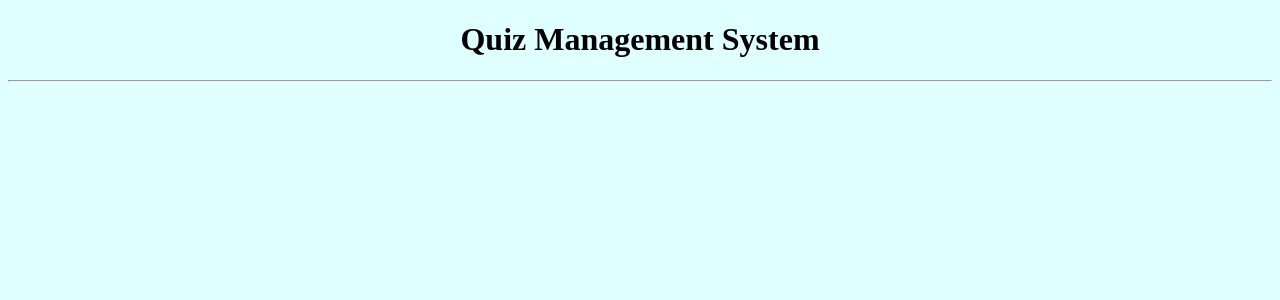
Repository: Rohitsenpai01/Quiz-Manangement-System
Page: http://localhost/WebQuizApp/viewscore.jsp
The author's editor kept a copy of each file at every save. The page is drawn from the files as they stood at one save, then again after the next save.
The browser window is 1280 px wide. The pictures show the whole page.
The page is served by Tomcat 9. Other server files are loaded and not shown. Queries for data that is not in the repository find no rows.

Above is the page before, as saved 2025-12-31 06:22:42.

### WebQuizApp/WebQuizApp/src/main/webapp/viewscore.jsp
<%@ page language="java" contentType="text/html; charset=UTF-8"
    pageEncoding="UTF-8"%>
<%@ taglib prefix="c" uri="http://java.sun.com/jsp/jstl/core" %>
<!DOCTYPE html>
<html>
<head>
<meta charset="UTF-8">
<title>Insert title here</title>
</head>
<body bgcolor="${initParam.theme}">
	<h1 style="text-align: center;">${initParam.appTitle}</h1><hr><br>
	<jsp:useBean id="vr" class="com.app.beans.AttemptQuizBean"/>

</body>
</html>

### WebQuizApp/WebQuizApp/src/main/java/com/app/beans/AttemptQuizBean.java
package com.app.beans;

import java.util.ArrayList;
import java.util.List;

import com.app.daos.AttemptDao;
import com.app.daos.AttemptDaoImp;
import com.app.pojos.Attempts;

public class AttemptQuizBean {
	private List<Attempts> attemptList;
	private int quiz_id;
	private Attempts atm;
	public AttemptQuizBean() {
		this.attemptList = new ArrayList<>();
	}
	public List<Attempts> getAttemptList() {
		return attemptList;
	}
	public void setAttemptList(List<Attempts> attemptList) {
		this.attemptList = attemptList;
	}
	public int getQuiz_id() {
		return quiz_id;
	}
	public void setQuiz_id(int quiz_id) {
		this.quiz_id = quiz_id;
	}
	public Attempts getAtm() {
		return atm;
	}
	public void setAtm(Attempts atm) {
		this.atm = atm;
	}
	public void viewresult() {
		try(AttemptDao attemptDao = new AttemptDaoImp()) {
			List<Attempts> attempt = attemptDao.findAll();
			this.attemptList =  attempt;
		} catch(Exception e) {
			e.printStackTrace();
		}
	}
	public void viewScore() {
		try(AttemptDao attemptDao = new AttemptDaoImp()) {
			this.atm =  attemptDao.findById(quiz_id);
		} catch(Exception e) {
			e.printStackTrace();
		}
	}
}

### WebQuizApp/WebQuizApp/src/main/java/com/app/daos/AttemptDao.java
package com.app.daos;

import java.util.List;

import com.app.pojos.Attempts;

public interface AttemptDao extends AutoCloseable{
	List<Attempts> findAll() throws Exception;
	Attempts findById(int user_id) throws Exception;
}

### WebQuizApp/WebQuizApp/src/main/java/com/app/pojos/Attempts.java
package com.app.pojos;

import java.time.LocalDateTime;

public class Attempts {
	public int id;
	public int quiz_id;
	public int student_id;
	public String student_name;
	public int score;
	public int total;
	public LocalDateTime attemptTime;

	public Attempts() {
	}

	public Attempts(int id, int quiz_id, int student_id, String student_name, int score, int total, LocalDateTime attemptTime) {
		this.id = id;
		this.quiz_id = quiz_id;
		this.student_id = student_id;
		this.student_name = student_name;
		this.score = score;
		this.total = total;
		this.attemptTime = attemptTime;
	}


	public Attempts(int id, int quiz_id, int student_id, int score, int total, LocalDateTime attemptTime) {
		super();
		this.id = id;
		this.quiz_id = quiz_id;
		this.student_id = student_id;
		this.score = score;
		this.total = total;
		this.attemptTime = attemptTime;
	}

	public int getId() {
		return id;
	}

	public void setId(int id) {
		this.id = id;
	}

	public int getQuiz_id() {
		return quiz_id;
	}

	public void setQuiz_id(int quiz_id) {
		this.quiz_id = quiz_id;
	}

	public int getStudent_id() {
		return student_id;
	}

	public void setStudent_id(int student_id) {
		this.student_id = student_id;
	}

	public String getStudent_name() {
		return student_name;
	}

	public void setStudent_name(String string) {
		this.student_name = string;
	}

	public int getScore() {
		return score;
	}

	public void setScore(int score) {
		this.score = score;
	}

	public int getTotal() {
		return total;
	}

	public void setTotal(int total) {
		this.total = total;
	}

	public LocalDateTime getAttemptTime() {
		return attemptTime;
	}

	public void setAttemptTime(LocalDateTime attemptTime) {
		this.attemptTime = attemptTime;
	}

}

### WebQuizApp/WebQuizApp/src/main/java/com/app/daos/Dao.java
package com.app.daos;

import java.sql.Connection;
import com.app.util.DbUtil;

public class Dao implements AutoCloseable{
	protected Connection con;
	public Dao() throws Exception{
		con = DbUtil.getConnection();
	}
	public void close() throws Exception {
		if(con != null) {
			con.close();
		}
	}
}

### WebQuizApp/WebQuizApp/src/main/java/com/app/daos/AttemptDaoImp.java
package com.app.daos;

import java.sql.PreparedStatement;
import java.sql.ResultSet;
import java.util.ArrayList;
import java.util.List;

import com.app.pojos.Attempts;

public class AttemptDaoImp extends Dao implements AttemptDao{
	private PreparedStatement stmtFindById;
	private PreparedStatement stmtFindAll;

	public AttemptDaoImp() throws Exception {
		stmtFindAll = con.prepareStatement("SELECT attempt_id,quiz_id,quiz_attempts.user_id,name,final_score,total_questions FROM quiz_attempts INNER JOIN users ON quiz_attempts.user_id = users.user_id");
		stmtFindById = con.prepareStatement("SELECT * FROM quiz_attempts WHERE user_id = ?");
	}

	@Override
	public List<Attempts> findAll() throws Exception {
		List<Attempts> list = new ArrayList<>();
		try(ResultSet rs = stmtFindAll.executeQuery()) {
			while(rs.next()) {
				int attempt_id = rs.getInt("attempt_id");
				int quiz_id = rs.getInt("quiz_id");
				int user_id = rs.getInt("user_id");
				String name = rs.getString("name");
				int final_score = rs.getInt("final_score");
				int total_questions = rs.getInt("total_questions");
				Attempts at = new Attempts(attempt_id, quiz_id, user_id, name, final_score, total_questions, null);
				list.add(at);
			}
		}
		return list;
	}

	@Override
	public Attempts findById(int student_id) throws Exception {
		stmtFindById.setInt(1, student_id);
		try(ResultSet rs = stmtFindById.executeQuery()) {
			if(rs.next()) {
				int attempt_id = rs.getInt("attempt_id");
				int quiz_id = rs.getInt("quiz_id");
				int user_id = rs.getInt("user_id");
				int final_score = rs.getInt("final_score");
				int total_questions = rs.getInt("total_questions");
				Attempts at = new Attempts(user_id, quiz_id, user_id, final_score, total_questions, null);
				return at;
			}
		}
		return null;
	}

}

### WebQuizApp/WebQuizApp/src/main/java/com/app/util/DbUtil.java
package com.app.util;

import java.sql.Connection;
import java.sql.DriverManager;

public class DbUtil {
	private static final String DB_DRIVER = "com.mysql.cj.jdbc.Driver";
	private static final String DB_URL = "jdbc:mysql://localhost:3306/quiz_management_system";
	private static final String DB_USER = "root";
	private static final String DB_PASSWD = "manager";

	static {
		try {
			Class.forName(DB_DRIVER);
		} catch(Exception e) {
			e.printStackTrace();
			System.exit(1);
		}
	}

	public static Connection getConnection() throws Exception {
		Connection con = DriverManager.getConnection(DB_URL, DB_USER, DB_PASSWD);
		return con;
	}
}

After the next save:
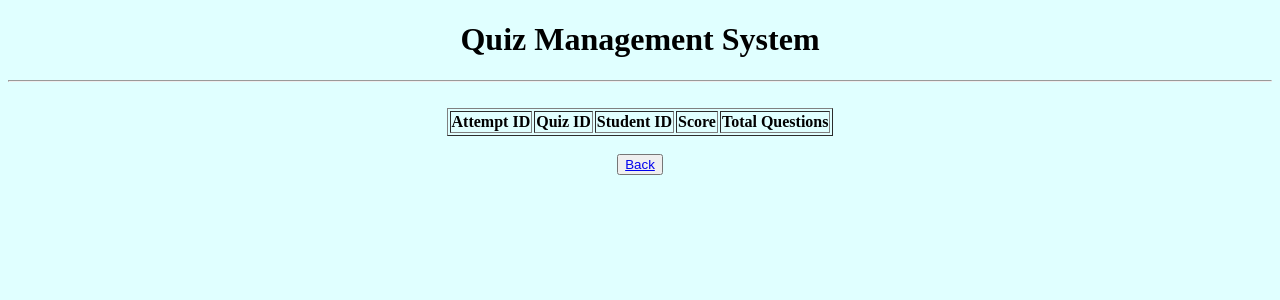
Saved 3 min 30 s later.
--- a/WebQuizApp/WebQuizApp/src/main/webapp/viewscore.jsp
+++ b/WebQuizApp/WebQuizApp/src/main/webapp/viewscore.jsp
@@ -10,6 +10,31 @@
 <body bgcolor="${initParam.theme}">
 	<h1 style="text-align: center;">${initParam.appTitle}</h1><hr><br>
 	<jsp:useBean id="vr" class="com.app.beans.AttemptQuizBean"/>
-
+	${vr.viewScore()}
+	<div style="text-align: center;">
+		<table border="1" align="center">
+			<thead>
+				<tr>
+					<th>Attempt ID</th>
+					<th>Quiz ID</th>
+					<th>Student ID</th>
+					<th>Score</th>
+					<th>Total Questions</th>
+				</tr>
+			</thead>
+			<tbody>
+				<c:forEach var="at" items="${vr.atm }">
+					<tr>
+						<td>${at.id}</td>
+						<td>${at.quiz_id}</td>
+						<td>${at.student_id}</td>
+						<td>${at.score}</td>
+						<td>${at.total}</td>
+					</tr>
+				</c:forEach>
+			</tbody>
+		</table><br>
+		<button type="button"><a href="student.jsp">Back</a></button><br>
+	</div>
 </body>
 </html>
